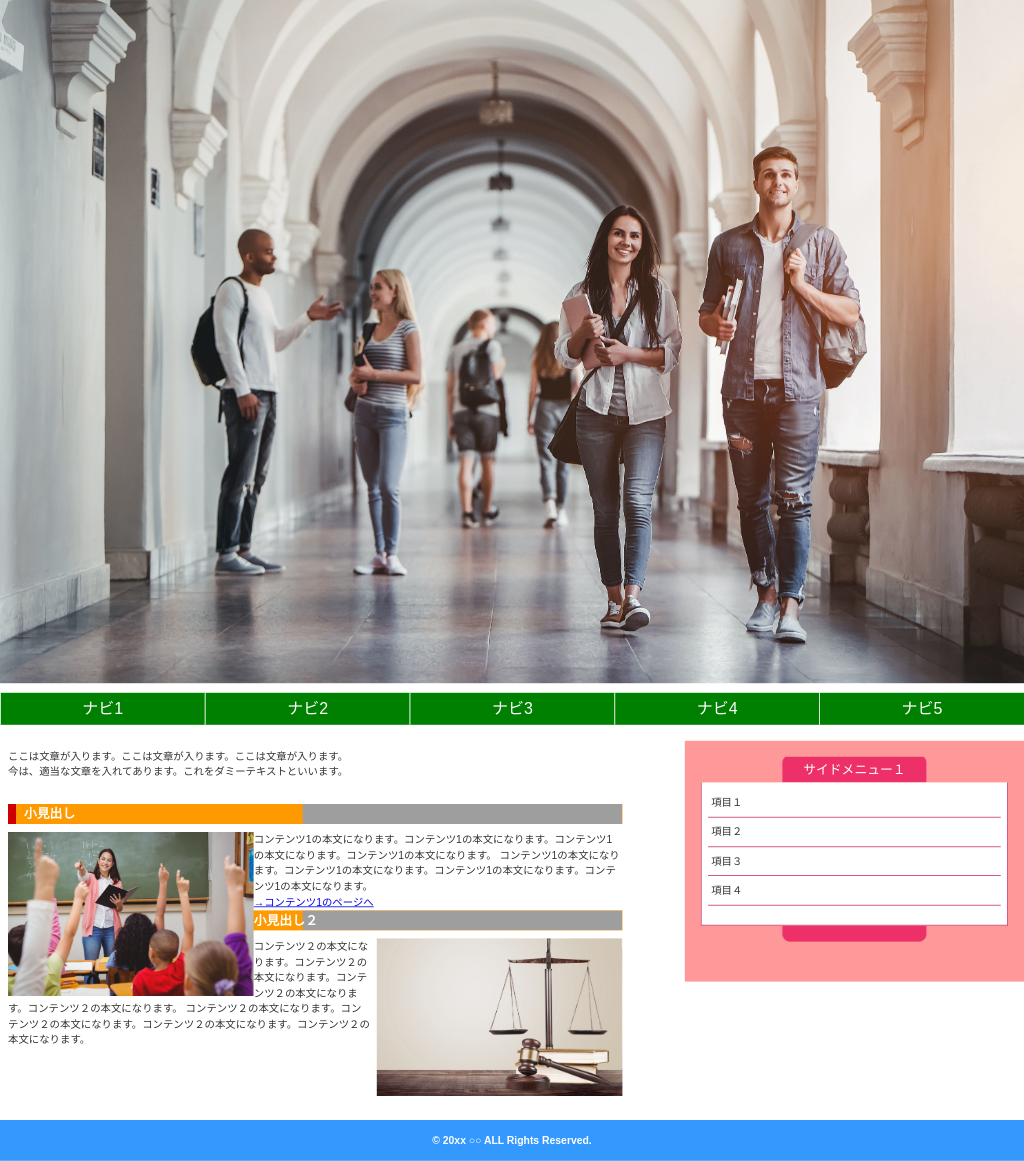
Repository: Habo-10/samurai_HTML-CSS
Page: home.html
The author's editor kept a record of every edit. The page is drawn from the files as they stood at one moment, then again after the next edit.
The browser window is 1280 px wide. The pictures show the whole page, at 80% of full size.
The pointer rests on the first visible `#side .box .boxBody ul li`.
Pictures or frames that could not be fetched are drawn as grey boxes.

Above is the page before.

### home.html
<!DOCTYPE html>
<html lang="ja">
  <head>
    <meta charset="UTF-8">
    <title>HTML/CSSの学習</title>
    <link rel="stylesheet" href="stylesheet.css">
  </head>
  <body>
      <div id="header">
          <h1><a href="index.html"><img id="corridor" src="images/corridor.jpg" alt="大学の廊下" /></a></h1>
      </div>
    <div id="wrapper">
      <div id="nav">
        <ul>
          <li><a href="home.html">ナビ1</a></li>
          <li><a href="#">ナビ2</a></li>
          <li><a href="#">ナビ3</a></li>
          <li><a href="#">ナビ4</a></li>
          <li><a href="#">ナビ5</a></li>
        </ul>
      </div>
        <div id="container">
          <div id="main">
            <div class="post">
                <p>ここは文章が入ります。ここは文章が入ります。ここは文章が入ります。<br />今は、適当な文章を入れてあります。これをダミーテキストといいます。</p>
            </div
            <div class="post clearfix">
                <h2>小見出し</h2>
                <img class="left" src="images/classroom.jpg" alt="授業風景"　/>
                <p>
                  コンテンツ1の本文になります。コンテンツ1の本文になります。コンテンツ1の本文になります。コンテンツ1の本文になります。
                  コンテンツ1の本文になります。コンテンツ1の本文になります。コンテンツ1の本文になります。コンテンツ1の本文になります。
                </p>
                <p><a href="#">→コンテンツ1のページへ</a></p>
            <div class="post clearfix">
                <h2>小見出し２</h2>
                <img class="right" src="images/scale.jpg" alt="天秤" />
                <p>
                  コンテンツ２の本文になります。コンテンツ２の本文になります。コンテンツ２の本文になります。コンテンツ２の本文になります。
                  コンテンツ２の本文になります。コンテンツ２の本文になります。コンテンツ２の本文になります。コンテンツ２の本文になります。
                </p>
            </div>
          </div>
            <div id="side">
              <div class="box">
                <h2>サイドメニュー１</h2>
                <div class="boxBody">
                  <ul>
                    <li>項目１</li>
                    <li>項目２</li>
                    <li>項目３</li>
                    <li>項目４</li>
                  </ul>
                </div>
              </div>
            </div>
        </div>
    </div>
      <div id="footer">
          <p>&copy; 20xx ○○ ALL Rights Reserved.</p>
      </div>
  </body>
</html>

### stylesheet.css
@charset "utf-8";

body {
    margin: 0;
    padding: 0;
    font-family: "ヒラギノ角ゴ Pro W3", "Hiragino Kaku Gothic Pro", "メイリオ", Meiryo, Osaka, "ＭＳ Ｐゴシック", "MS PGothic", sans-serif;
	color: #333;
	font-size: 13px;
	line-height: 150%;
}
/*-------------------------wrapper----------------------*/
#wrapper {
    width: 100%;
    margin: auto;
    padding: 0px;
    border: 0px;
    background-color: #FFF;
    top: 10px;
    position: relative;
}

/*-------------------------header-----------------------*/
#header {
    width:100%;
}
#header h1 {
    margin: 0;
    padding: 0;
}

#corridor {
    width: 100%;
    height: auto;
}

/*------------------------footer-----------------------*/
#footer {
    clear: both;
    width: 100%;
    padding: 3px 0 3px 0;
    background: #39F;
    color: #FFF;
    font-weight: bold;
    text-align: center;
}

/*------------------------nav-------------------------*/
#nav {
    width: 100%;
}
#nav ul {
    margin: 0;
    padding: 0;
    list-style-type: none;
}
#nav ul li {
    float: left;
    width: 20%;
    text-align: center;
}
#nav ul li a {
    display: block;
    height: 20px;
    margin: 0;
    padding: 10px;
    color: #FFF;
    font-size: 20px;
    text-decoration: none;
    background-color: green;
    border-left: 1px solid white;
}

#nav ul li a:hover {
    filter: drop-shadow(10px 10px 10px black);
}

/*---------------------container---------------------*/
#container {
    width: 100%;
    margin: auto;
    padding-top: 20px;
    clear: both;
}
/*------------------------main-----------------------*/
#main {
    float: left;
    width: 60%;
    padding: 10px 30px 10px 10px;
}
#main h2 {
    margin: 0 0 10px 0;
    padding: 3px 10px  3px 10px ;
    color: #FFF;
    font-size: 16px;
    border-left: solid 10px #C00;
    background: #F90 url(../images/main_h2.jpg) right top repeat-y;
}
#main p {
    margin: 0;
    padding: 0;
}
#main .post {
    margin: 0 0 30px 0;
}
#main .post img.right {
    margin: 0 0 0 8px;
}
#main .post img.left {
    margin: 0 8px 0 0;
}
.right {
    float: right;
    width: 40%;
    height: auto;
}
.left {
    float: left;
    width: 40%;
    height: auto;
}
/*----------------------clearfix----------------------*/
.clearfix {
    zoom: 1;
}
.clearfix:after{
    content: "";
    display: block;
    clear: both;
}
/*---------------------side---------------------------*/
#side {
    float: right;
    width: 30%;
    padding: 20px;
    background-color: #F99;
}
#side .box {
    margin: 0 auto 30px auto;
    padding: 0 0 20px 0;
    background: url(images/side_box.png) bottom no-repeat;
}
#side .box h2 {
    margin: 0;
    padding: 8px;
    text-align: center;
    color: #fff;
    font-size: 16px;
    line-height: 16px;
    font-weight: normal;
    background: url(images/side_box_h2.png) center no-repeat;
}
#side .box .boxBody  {
    padding: 8px;
    border-right: solid 1px #C36;
    border-bottom: solid 1px #C36;
    border-left: solid 1px #C36;
    background: #fff;
}
#side .box .boxBody ul {
    margin: 0 0 16px 0;
    padding: 0;
}
#side .box .boxBody ul li {
    padding: 8px 0 8px 4px;
    list-style: none;
    border-bottom: solid 1px #C36;
}

#side .box .boxBody ul li:hover {
    padding: 8px 0 8px 4px;
    list-style: none;
    border-bottom: solid 1px #C36;
    box-hsadow: 0px 4px 4px rgba(0, 0, 0, 0.3)
}

After the next edit:
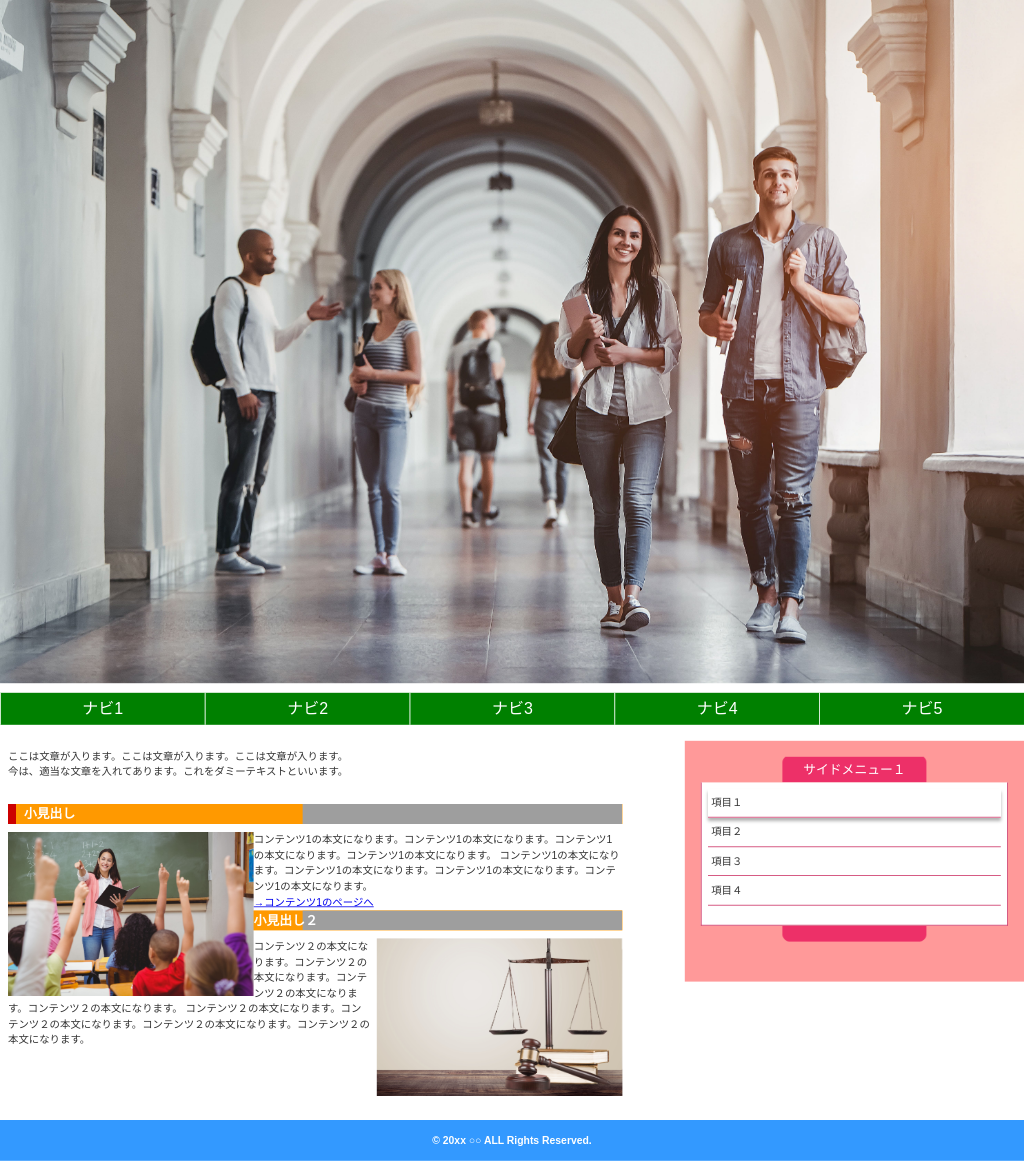
The edit:
--- a/stylesheet.css
+++ b/stylesheet.css
@@ -170,5 +170,5 @@
     padding: 8px 0 8px 4px;
     list-style: none;
     border-bottom: solid 1px #C36;
-    box-hsadow: 0px 4px 4px rgba(0, 0, 0, 0.3)
+    box-shadow: 0px 4px 4px rgba(0, 0, 0, 0.3)
 }
